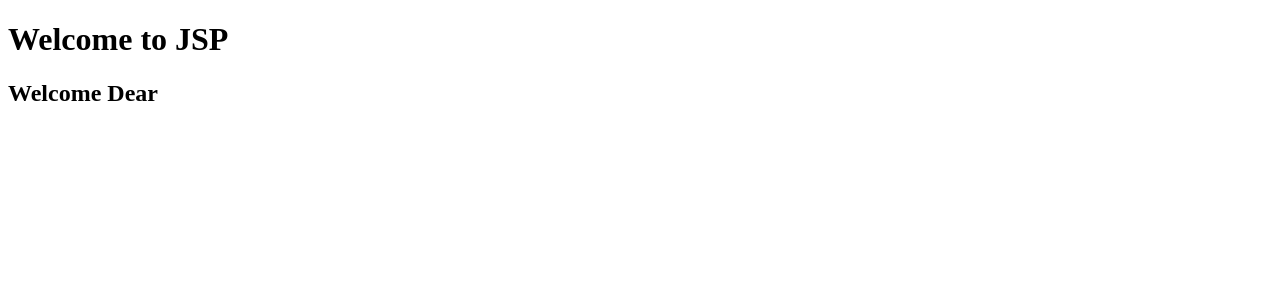
Repository: durgaforu/Fedility-Spring
Page: http://localhost/SrvTest/s1
An editor plug-in stored every save of this project. The page is shown before and after the next save, followed by the edit.
The browser window is 1280 px wide. The pictures show the whole page.
The page is served by Tomcat 9.

Above is the page before, as saved 2017-05-07 05:45:39.

### Spring/SrvTest/WebContent/one.jsp
<%@ page language="java" contentType="text/html; charset=ISO-8859-1"
    pageEncoding="ISO-8859-1"%>
<!DOCTYPE html PUBLIC "-//W3C//DTD HTML 4.01 Transitional//EN" "http://www.w3.org/TR/html4/loose.dtd">
<html>
<head>
<meta http-equiv="Content-Type" content="text/html; charset=ISO-8859-1">
<title>Insert title here</title>
</head>
<body>
<h1>Welcome to JSP</h1>
<h2>Welcome Dear ${request.user}</h2>
</body>
</html>

### Spring/SrvTest/src/com/SrvOne.java
package com;

import java.io.IOException;
import java.io.PrintWriter;

import javax.servlet.RequestDispatcher;
import javax.servlet.ServletException;
import javax.servlet.http.HttpServlet;
import javax.servlet.http.HttpServletRequest;
import javax.servlet.http.HttpServletResponse;

public class SrvOne extends HttpServlet {
	private static final long serialVersionUID = 1L;

	public void service(HttpServletRequest request, HttpServletResponse response) throws ServletException, IOException {
		PrintWriter out = response.getWriter();
		out.println("<h2>Welcome to SrvOne Servlet</h2>");

		request.setAttribute("user", "Praveen");

		RequestDispatcher rd = request.getRequestDispatcher("/one.jsp");
		rd.forward(request, response);

	}

}

After the next save:
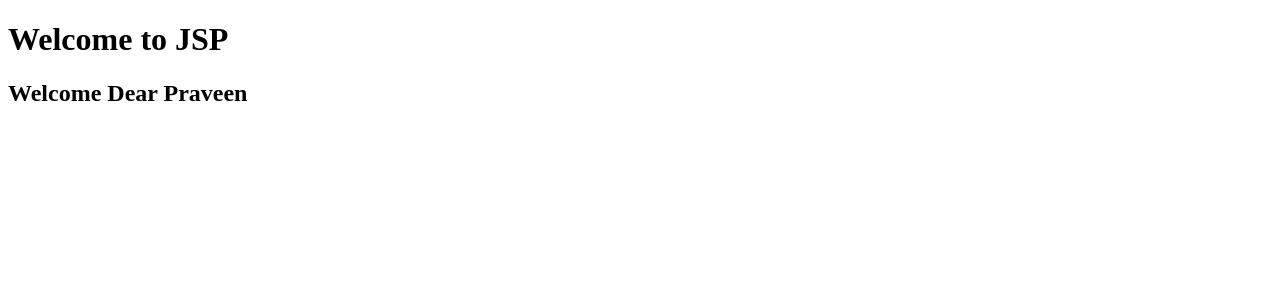
Saved 32 s later.
--- a/Spring/SrvTest/WebContent/one.jsp
+++ b/Spring/SrvTest/WebContent/one.jsp
@@ -8,6 +8,6 @@
 </head>
 <body>
 <h1>Welcome to JSP</h1>
-<h2>Welcome Dear ${request.user}</h2>
+<h2>Welcome Dear ${requestScope.user}</h2>
 </body>
 </html>
